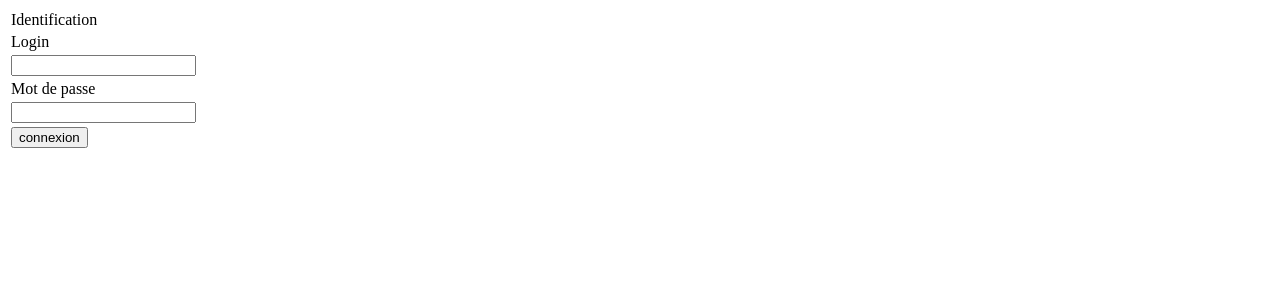
Repository: AntoAnt/WikiScolaire-
Page: InterfaceWikiScolair/WebContent/Index.html
These files come from the project's save history. The page is drawn as it stood at one moment and after the next save; the edit follows.
The browser window is 1280 px wide. The pictures show the whole page.

Above is the page before, as saved 2017-04-18 01:06:15.

After the next save:
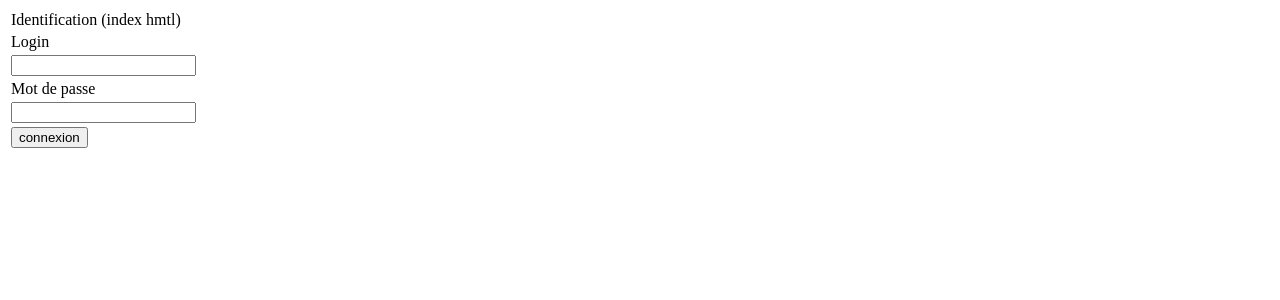
Saved 42 s later.
--- a/InterfaceWikiScolair/WebContent/Index.html
+++ b/InterfaceWikiScolair/WebContent/Index.html
@@ -7,7 +7,7 @@
 <body>
 	<form method="post" action="/InterfaceWikiScolair/ControleurPrincipal?idaction=authentification">
 		<table>
-			<td>Identification</td>
+			<td>Identification (index hmtl)</td>
 			<tr><td>Login</td></tr>
 			<tr><td><input type="text" name="CHAMP_login"/><br></td></tr>
 			<td>Mot de passe</td>
